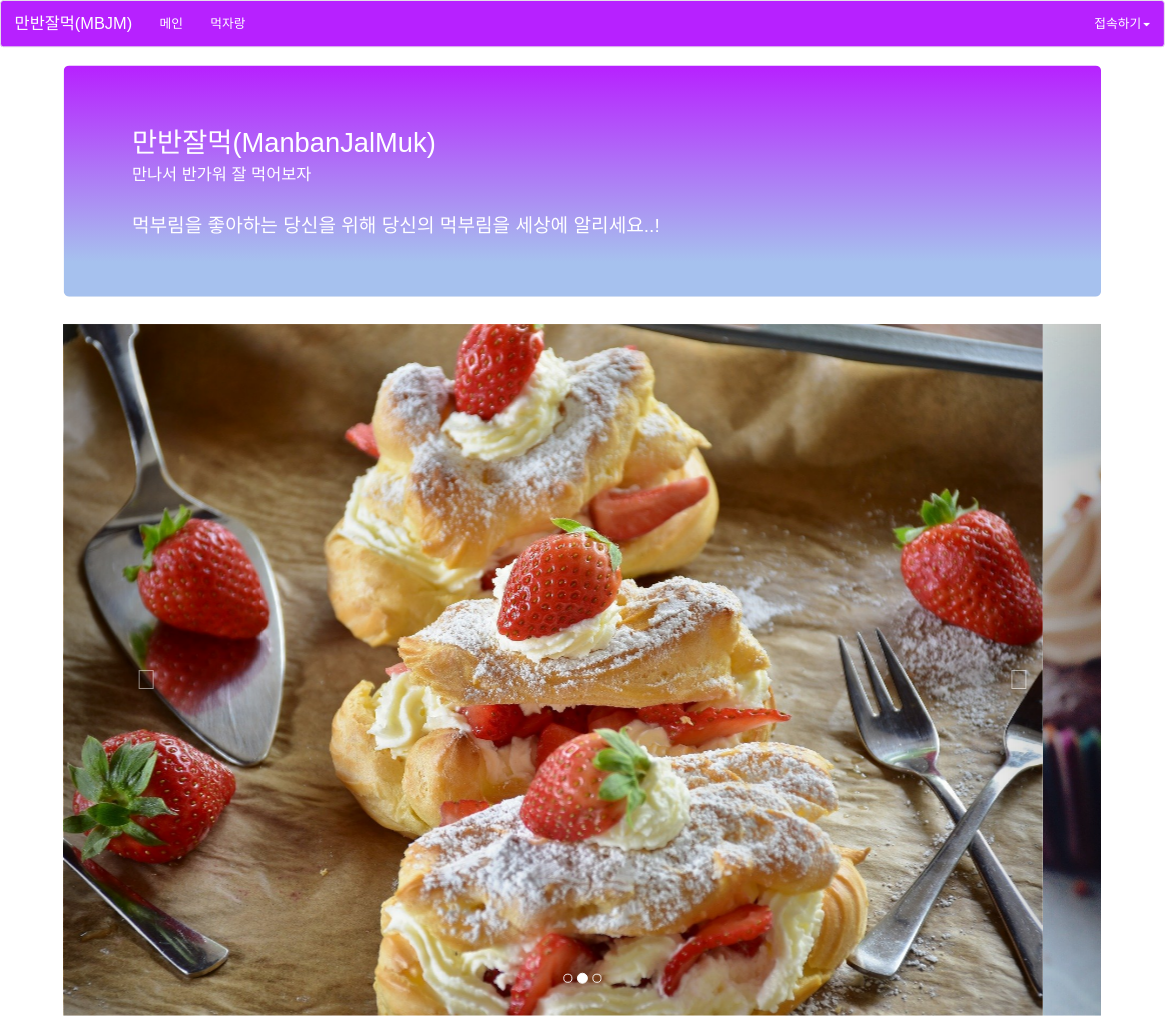
Repository: gimyoni/ManBanJalMuk
Page: http://localhost/text/main.jsp
An editor plug-in stored every save of this project. The page is shown before and after the next save, followed by the edit.
The browser window is 1280 px wide. The pictures show the whole page, at 91% of full size.
Some web fonts or font styles are not loaded; a fallback is used. Some web libraries are served in a nearby version. The page is served by Tomcat 9.

Above is the page before, as saved 2021-05-07 03:19:16.

After the next save:
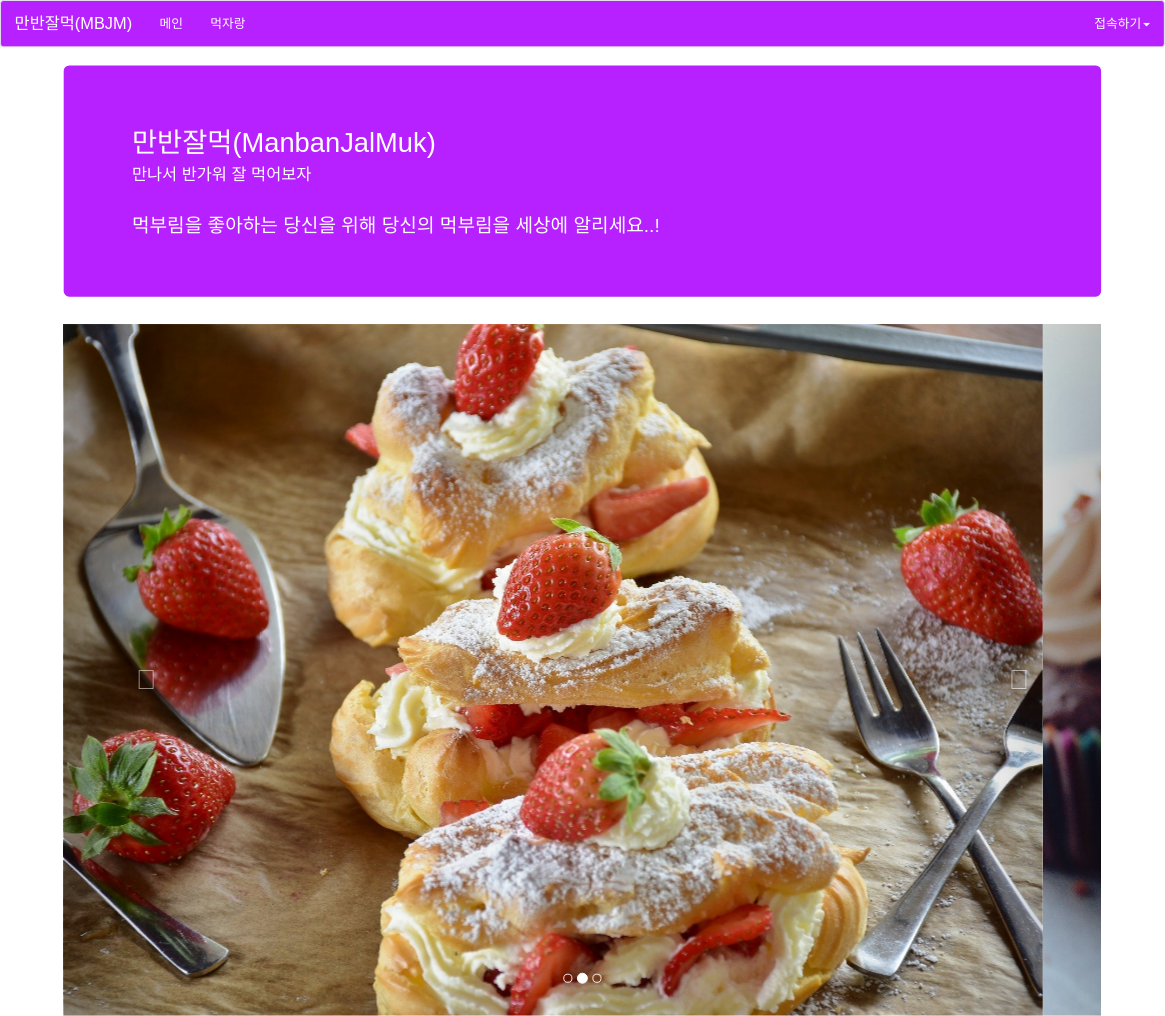
Saved 68 s later.
--- a/text/WebContent/css/custom.css
+++ b/text/WebContent/css/custom.css
@@ -9,7 +9,8 @@
 }
 .jumbotron{
 	color:white;
-	background-image: linear-gradient(to top,  #a6c1ee 15%, #b721ff 100%);
+		background-color:#b721ff;
+
 }
 .navbar-default{
 	background-color:#b721ff;

After the save that followed:
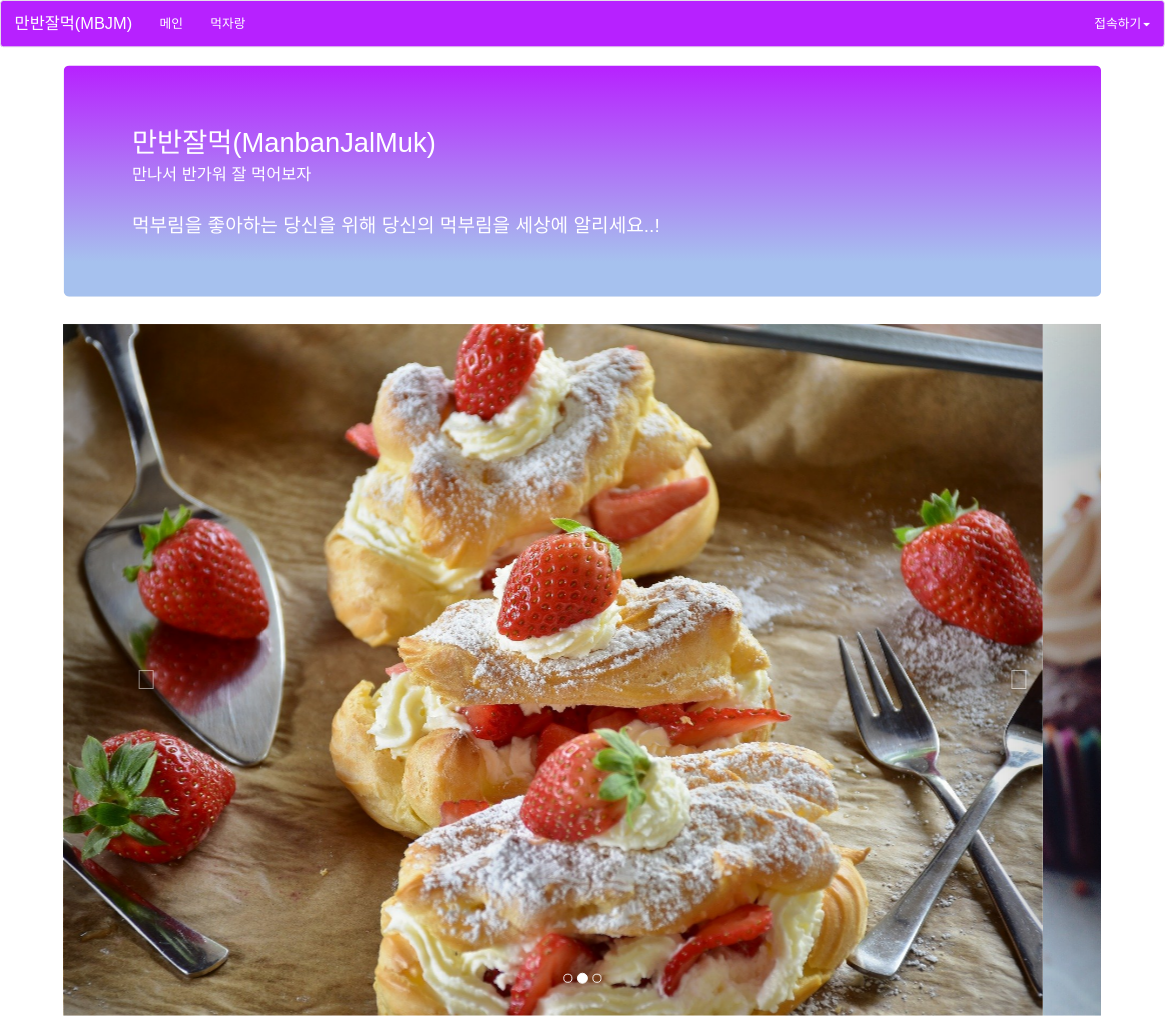
Saved 8 s later.
--- a/text/WebContent/css/custom.css
+++ b/text/WebContent/css/custom.css
@@ -9,8 +9,7 @@
 }
 .jumbotron{
 	color:white;
-		background-color:#b721ff;
-
+	background-image: linear-gradient(to top,  #a6c1ee 15%, #b721ff 100%);
 }
 .navbar-default{
 	background-color:#b721ff;
